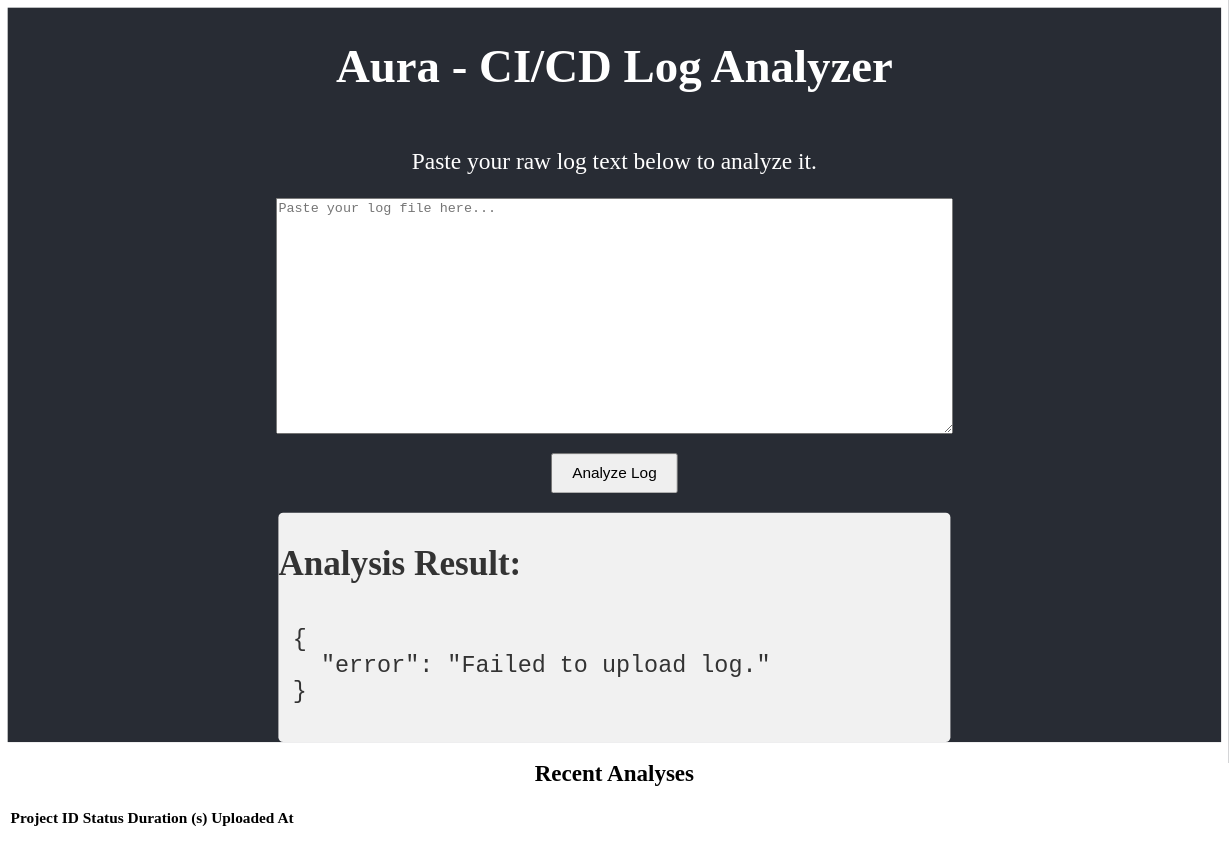
Repository: AuthnSapuarachchi/aura-ci-optimizer
Page: / (app in frontend/), after clicking the first element matching `button`
An editor plug-in stored every save of this project. The page is shown before and after the next save, followed by the edit.
The browser window is 1280 px wide. The pictures show the whole page, at 96% of full size.
The page's requests for data from a server got no answer. The project was rebuilt for these pictures with package versions that can differ from the ones it lists, and the page was loaded fresh each time. No one was signed in, and anything a server would have sent is missing. Also part of the build but not shown: frontend/vite.config.js, frontend/src/index.css.

Above is the page before, as saved 2025-11-17 18:02:13.

### frontend/src/App.jsx
import { useState, useEffect } from 'react'
import './App.css'

function App() {

  // Create 'state' variables
  // 'logText' will hold the text from the text area
  const [logText, setLogText] = useState('');

  // 'analysisResult' will hold the JSON response from our backend
  const [analysisResult, setAnalysisResult] = useState(null);

  // 'isLoading' will show a "Loading..." message
  const [isLoading, setIsLoading] = useState(false);

  // ADD THIS NEW STATE to hold our list
  const [logList, setLogList] = useState([]);


  // This function is called when the button is clicked
  const handleSubmit = () => {
    // 1. Set loading to true
    setIsLoading(true);
    setAnalysisResult(null);

    // 2. Call our Spring Boot API
    // We use the 'fetch' API built into the browser
    fetch('http://localhost:8080/api/v1/log/upload', {
      method: 'POST',
      headers: {
        // We tell the server we are sending plain text
        'Content-Type': 'text/plain',
      },
      // The 'body' is the raw log text from our state
      body: logText,
    })
      .then(response => response.json()) // 3. Convert the response to JSON
      .then(data => {
        // 4. Save the JSON response in our state
        setAnalysisResult(data);
        setIsLoading(false);
        fetchAllLogs();
      })
      .catch(error => {
        // 5. Handle any errors
        console.error('Error uploading log:', error);
        setAnalysisResult({ error: 'Failed to upload log.' });
        setIsLoading(false);
      });

  };

  const fetchAllLogs = () => {
  fetch('http://localhost:8080/api/v1/log/all')
    .then(response => response.json())
    .then(data => {
      // Sort the list so the newest is at the top
      data.sort((a, b) => new Date(b.uploadedAt) - new Date(a.uploadedAt));
      setLogList(data);
    })
    .catch(error => console.error('Error fetching logs:', error));
  };

    // useEffect hook: Runs once on component mount
  useEffect(() => {
  fetchAllLogs();
  }, []); // <-- The empty array [] means "run this only once"


  return (
    <div className="App">
      <header className="App-header">
        <h1>Aura - CI/CD Log Analyzer</h1>
        <p>Paste your raw log text below to analyze it.</p>

        <textarea
          rows="15"
          cols="80"
          placeholder="Paste your log file here..."
          value={logText}
          onChange={e => setLogText(e.target.value)}
        />

        <button onClick={handleSubmit} disabled={isLoading}>
          {isLoading ? 'Analyzing...' : 'Analyze Log'}
        </button>

        {/* This section displays the result */}
        {analysisResult && (
          <div className="result-box">
            <h2>Analysis Result:</h2>
            {/* <pre> tag is good for showing formatted JSON */}
            <pre>
              {JSON.stringify(analysisResult, null, 2)}
            </pre>
          </div>
        )}
      </header>

        {/* NEW SECTION: LOG LIST */}
  <div className="log-list-container">
    <h2>Recent Analyses</h2>
    <table className="log-table">
      <thead>
        <tr>
          <th>Project ID</th>
          <th>Status</th>
          <th>Duration (s)</th>
          <th>Uploaded At</th>
        </tr>
      </thead>
      <tbody>
        {/* We loop over the logList state and create a row for each item */}
        {logList.map(log => (
          <tr key={log.id}>
            <td>{log.projectId}</td>
            <td>{log.parsedStatus}</td>
            <td>{log.parsedDurationSeconds}</td>
            {/* Format the date to be more readable */}
            <td>{new Date(log.uploadedAt).toLocaleString()}</td>
          </tr>
        ))}
      </tbody>
    </table>
  </div>
  {/* END NEW SECTION */}

    </div>
  )
}

export default App

### frontend/src/App.css
.App {
  text-align: center;
}
.App-header {
  background-color: #282c34;
  min-height: 100vh;
  display: flex;
  flex-direction: column;
  align-items: center;
  justify-content: center;
  font-size: calc(10px + 2vmin);
  color: white;
}
textarea {
  width: 80%;
  max-width: 700px;
  margin-bottom: 20px;
  font-family: monospace;
  font-size: 14px;
}
button {
  padding: 10px 20px;
  font-size: 16px;
  cursor: pointer;
}
.result-box {
  margin-top: 20px;
  width: 80%;
  max-width: 700px;
  background-color: #f1f1f1;
  color: #333;
  border-radius: 5px;
  text-align: left;
}
pre {
  padding: 15px;
  white-space: pre-wrap; /* Makes the JSON wrap */
  word-wrap: break-word;
}

Loaded but not shown: frontend/index.html (common file); frontend/src/main.jsx (common file)

After the next save:
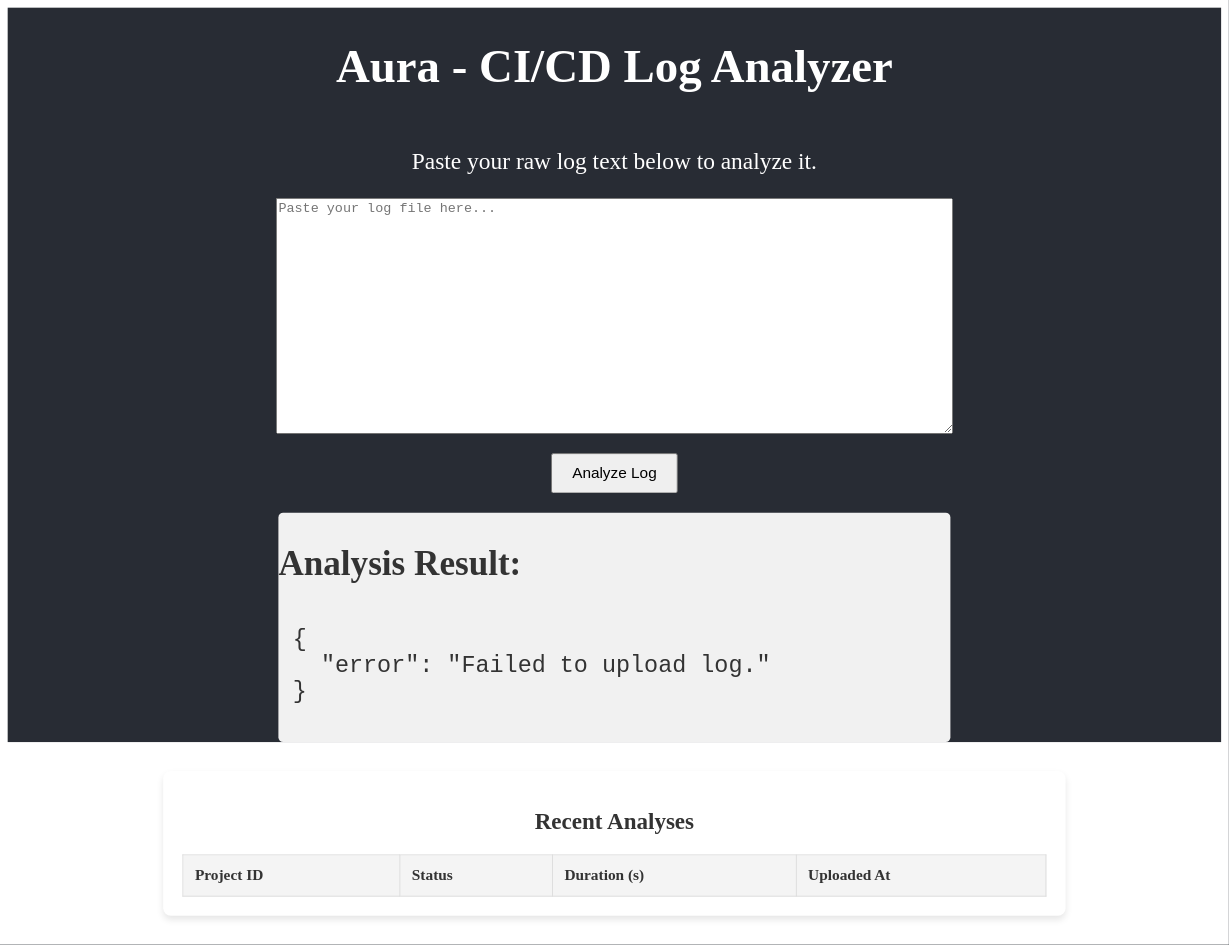
Saved 71 s later.
--- a/frontend/src/App.css
+++ b/frontend/src/App.css
@@ -37,3 +37,41 @@ pre {
   white-space: pre-wrap; /* Makes the JSON wrap */
   word-wrap: break-word;
 }
+
+.log-list-container {
+  width: 90%;
+  max-width: 900px;
+  margin: 30px auto;
+  color: #333; /* Dark text for readability on white */
+  background-color: #ffffff;
+  border-radius: 8px;
+  padding: 20px;
+  box-shadow: 0 4px 8px rgba(0, 0, 0, 0.1);
+}
+
+.log-table {
+  width: 100%;
+  border-collapse: collapse;
+  margin-top: 15px;
+}
+
+.log-table th,
+.log-table td {
+  border: 1px solid #ddd;
+  padding: 12px;
+  text-align: left;
+}
+
+.log-table th {
+  background-color: #f4f4f4;
+  color: #333;
+  font-weight: 600;
+}
+
+.log-table tbody tr:nth-child(even) {
+  background-color: #f9f9f9;
+}
+
+.log-table tbody tr:hover {
+  background-color: #f1f1f1; /* Highlight on hover */
+}
